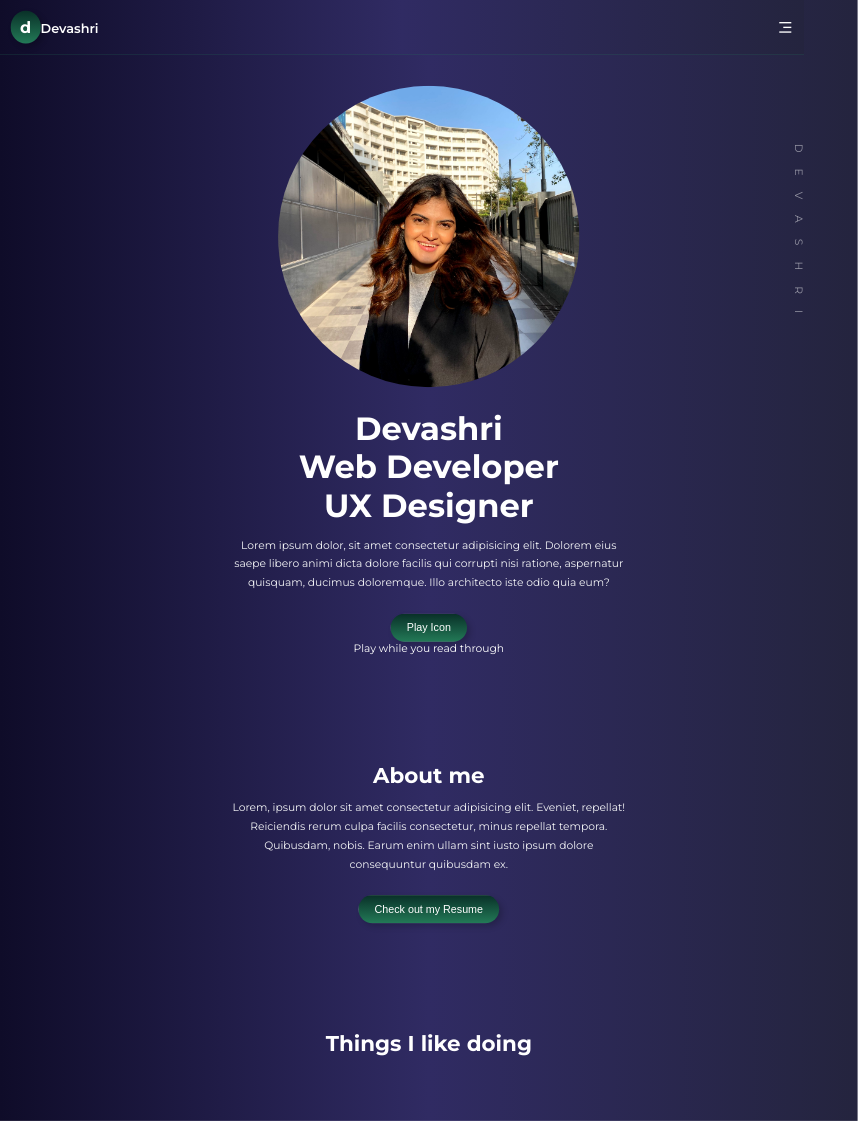
Repository: devashrisamani/devashrisamani.github.io
Page: index.html
These files come from the project's save history. The page is drawn as it stood at one moment and after the next save; the edit follows.
The browser window is 1280 px wide. The pictures show the whole page, at 67% of full size.

Above is the page before, as saved 2025-09-24 19:21:14.

### index.html
<!DOCTYPE html>
<html lang="en">
  <head>
    <meta charset="UTF-8" />
    <meta http-equiv="X-UA-Compatible" content="IE=edge" />
    <meta name="viewport" content="width=device-width, initial-scale=1.0" />
    <title>Dev's portfolio</title>
    <link rel="preconnect" href="https://fonts.googleapis.com" />
    <link rel="preconnect" href="https://fonts.gstatic.com" crossorigin />
    <link
      href="https://fonts.googleapis.com/css2?family=Inter:ital,opsz,wght@0,14..32,100..900;1,14..32,100..900&family=Lora:ital,wght@0,400..700;1,400..700&family=Montserrat:ital,wght@0,100..900;1,100..900&family=Sacramento&display=swap"
      rel="stylesheet"
    />
    <link
      href="https://cdn.jsdelivr.net/npm/remixicon@3.5.0/fonts/remixicon.css"
      rel="stylesheet"
    />
    <link rel="stylesheet" href="/css/styles.css" />
  </head>
  <body>
    <nav>
      <div class="nav__bar">
        <a href="#"><span class="logo nav_logo">d</span>Devashri</a>
        <div class="nav__menu__btn" id="menu-btn">
          <!-- Icons from remix icon -->
          <i class="ri-menu-3-line"></i>
        </div>
      </div>
      <ul class="nav__links" id="nav-links">
        <li><a href="#home">Home</a></li>
        <li><a href="#about">About</a></li>
        <li><a href="#service">Service</a></li>
        <li><a href="#portfolio">Portfolio</a></li>
        <li><a href="#contact" class="btn">Contact</a></li>
        <a href="#contact" class="btn btn__large">Contact</a>
      </ul>
    </nav>
    <header class="section__container header__container" id="home">
      <div class="header__image">
        <img src="images/DevashriSamani.jpg" alt="profile" />
      </div>
      <div class="header__content">
        <div>
          <h1>
            Devashri <br />
            Web Developer <br />
            UX Designer
          </h1>
        </div>
        <p class="section__description">
          Lorem ipsum dolor, sit amet consectetur adipisicing elit. Dolorem eius
          saepe libero animi dicta dolore facilis qui corrupti nisi ratione,
          aspernatur quisquam, ducimus doloremque. Illo architecto iste odio
          quia eum?
        </p>
        <div class="header__btn">
          <button class="btn">Play Icon</button>
        </div>
        <p>Play while you read through</p>
      </div>
    </header>

    <section class="section__container about__container" id="about">
      <div class="about__image"></div>
      <div class="about__content">
        <h2 class="section__header">About me</h2>
        <p class="section__description">
          Lorem, ipsum dolor sit amet consectetur adipisicing elit. Eveniet,
          repellat! Reiciendis rerum culpa facilis consectetur, minus repellat
          tempora. Quibusdam, nobis. Earum enim ullam sint iusto ipsum dolore
          consequuntur quibusdam ex.
        </p>
        <div class="about__btn">
          <button class="btn">Check out my Resume</button>
        </div>
      </div>
    </section>

    <section class="section__container work__container" id="work">
      <h2 class="section__header">Things I like doing</h2>
      <div class="service_grid"></div>
    </section>
  </body>
</html>

### css/styles.css
/* Font Variables */
:root {
  --font-sacramento: "Sacramento", cursive;
  --font-lora: "Lora", serif;
  --font-inter: "Inter", serif;
  --font-montserrat: "Montserrat", sans-serif;
}

/* Color Variables */

:root {
  --primary-color: #093028;
  --secondary-color: #237a57;
  --extra-light: #f3f4f6;
  --white: #ffffff;
  --gradient-1: linear-gradient(to right, #0f0c29, #302b63, #24243e);
  --gradient-2: linear-gradient(
    to bottom,
    var(--primary-color),
    var(--secondary-color)
  );
  --max-width: 1200px;
}

* {
  padding: 0;
  margin: 0;
  box-sizing: border-box;
}

html,
body {
  scroll-behavior: smooth;
}

body {
  font-family: "Montserrat", sans-serif;
  color: var(--white);
  background-image: var(--gradient-1);
}

.section__container {
  max-width: var(--max-width);
  margin: auto;
  padding: 5rem 2rem;
}

.section__header {
  margin-bottom: 1rem;
  font-size: 2rem;
  font-weight: 700;
  text-align: center;
}

.btn {
  padding: 0.75rem 1.5rem;
  font-size: 1rem;
  font-weight: 500;
  color: var(--white);
  background-image: var(--gradient-2);
  outline: none;
  border: none;
  border-radius: 5rem;
  cursor: pointer;
  box-shadow: 5px 5px 10px rgba(0, 0, 0, 0.2);
}

/* Navbar - Change the logo later */
.logo {
  display: inline-block;
  padding: 10px 14px;
  font-size: 1.5rem;
  font-weight: 700;
  color: var(--white);
  background-image: var(--gradient-2);
  border-radius: 100%;
  box-shadow: 5px 5px 10px rgba(0, 0, 0, 0.2);
}

nav {
  position: fixed;
  isolation: isolate;
  top: 0;
  width: 100%;
  max-width: var(--max-width);
  margin: auto;
  z-index: 9;
}

.nav__bar {
  padding: 1rem;
  display: flex;
  align-items: center;
  justify-content: space-between;
  gap: 2rem;
  background-image: var(--gradient-1);
}

.nav__logo {
  padding: 9px 12px;
  font-size: 1.2rem;
}

.nav__bar a {
  font-size: 1.2rem;
  font-weight: 600;
  color: var(--white);
}

.nav__menu__btn {
  font-size: 1.5rem;
  color: var(--white);
  cursor: pointer;
}

.nav__links {
  list-style: none;
  position: absolute;
  width: 100%;
  padding: 2rem;
  display: flex;
  flex-direction: column;
  align-items: center;
  gap: 2rem;
  background-image: var(--gradient-2);
  transform: translateY(-100%);
  transition: 0.5s;
  z-index: -1;
}

.nav__links.open {
  transform: translateY(0);
}

.nav__links a {
  color: var(--white);
  transition: 0.3s;
}

.nav__links a:hover {
  color: var(--white);
}

.btn__large {
  display: none;
}

/* Header Container */

.header__container {
  padding-top: 8rem;
  display: grid;
  gap: 2rem;
  isolation: isolate;
}

.header__content {
  text-align: center;
}

.header__content h1 {
  margin-bottom: 1rem;
  font-size: 3rem;
  text-align: center;
}
.header__content .section__description {
  margin-bottom: 2rem;
}
/* Header Image */

.header__image {
  position: relative;
  isolation: isolate;
  z-index: -1;
}

.header__image img {
  max-width: 450px;
  margin-inline: auto;
  border-radius: 25rem;
}

.header__image::after {
  position: absolute;
  content: "DEVASHRI";
  letter-spacing: 1.5rem;
  opacity: 0.5;
  right: 1rem;
  top: 50%;
  transform: translate(50%, -50%) rotate(90deg);
}

/* About */

img {
  width: 100%;
  display: flex;
}

.section__description {
  max-width: 600px;
  margin-inline: auto;
  color: var(--extra-light);
  text-align: center;
  line-height: 1.75rem;
}

a {
  text-decoration: none;
}

.about-container {
  display: grid;
  gap: 2rem;
}

.about__image {
  position: relative;
  isolation: isolate;
  max-width: 400px;
  margin: auto;
}

.about__img {
  border-radius: 100%;
}

.about__bg-1,
.about__bg-2 {
  position: absolute;
  max-width: 150px;
  z-index: -1;
}

.about__bg-1 {
  top: 0;
  left: 0;
}

.about__bg-2 {
  right: 0;
  bottom: 0;
}

.about__content {
  text-align: center;
}

.about__content .section__description {
  margin-bottom: 2rem;
}

After the next save:
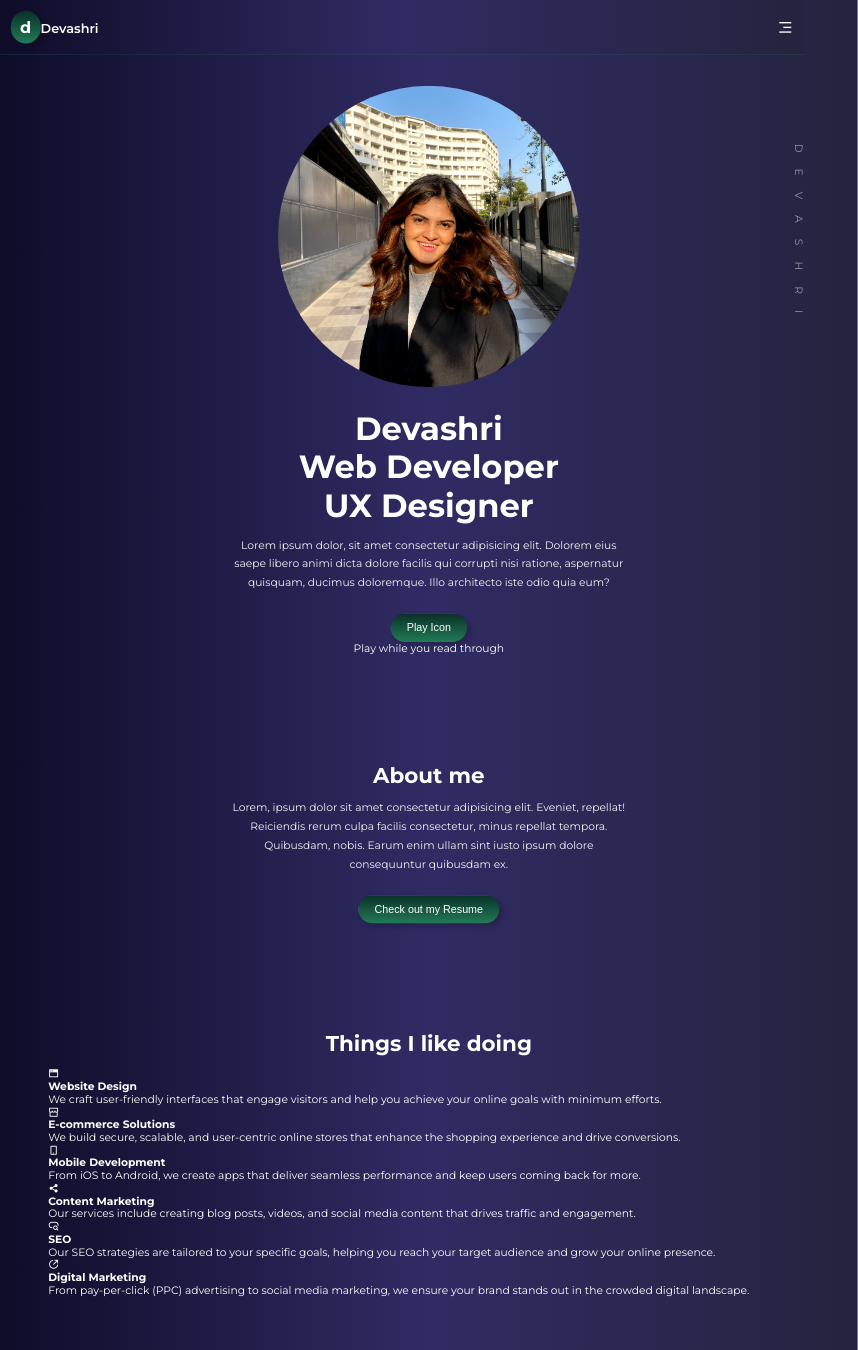
Saved 8 min 12 s later.
--- a/index.html
+++ b/index.html
@@ -78,7 +78,60 @@
 
     <section class="section__container work__container" id="work">
       <h2 class="section__header">Things I like doing</h2>
-      <div class="service_grid"></div>
+      <div class="service_grid">
+        <div class="service__grid">
+        <div class="service__card">
+          <span><i class="ri-window-fill"></i></span>
+          <h4>Website Design</h4>
+          <p>
+            We craft user-friendly interfaces that engage visitors and help you
+            achieve your online goals with minimum efforts.
+          </p>
+        </div>
+        <div class="service__card">
+          <span><i class="ri-store-line"></i></span>
+          <h4>E-commerce Solutions</h4>
+          <p>
+            We build secure, scalable, and user-centric online stores that
+            enhance the shopping experience and drive conversions.
+          </p>
+        </div>
+        <div class="service__card">
+          <span><i class="ri-smartphone-line"></i></span>
+          <h4>Mobile Development</h4>
+          <p>
+            From iOS to Android, we create apps that deliver seamless
+            performance and keep users coming back for more.
+          </p>
+        </div>
+        <div class="service__card">
+          <span><i class="ri-share-fill"></i></span>
+          <h4>Content Marketing</h4>
+          <p>
+            Our services include creating blog posts, videos, and social media
+            content that drives traffic and engagement.
+          </p>
+        </div>
+        <div class="service__card">
+          <span><i class="ri-seo-line"></i></span>
+          <h4>SEO</h4>
+          <p>
+            Our SEO strategies are tailored to your specific goals, helping you
+            reach your target audience and grow your online presence.
+          </p>
+        </div>
+        <div class="service__card">
+          <span><i class="ri-share-circle-line"></i></span>
+          <h4>Digital Marketing</h4>
+          <p>
+            From pay-per-click (PPC) advertising to social media marketing, we
+            ensure your brand stands out in the crowded digital landscape.
+          </p>
+        </div>
+      </div>
+    </section>
+
+      </div>
     </section>
   </body>
 </html>
